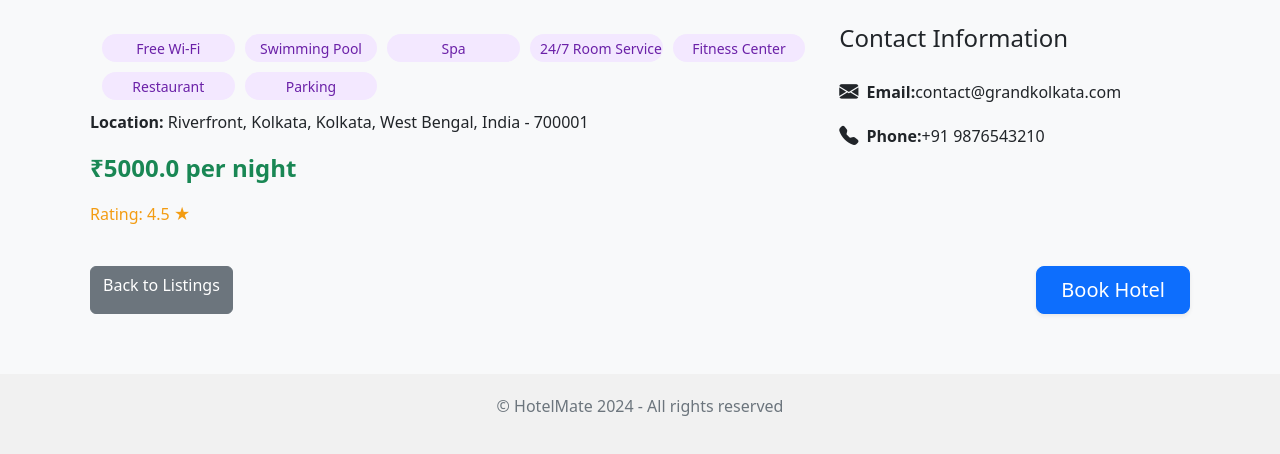
Repository: himanshu2k23/HoteMate
Page: http://localhost/HotelMate/details.jsp
An editor plug-in stored every save of this project. The page is shown before and after the next save, followed by the edit.
The browser window is 1280 px wide. The pictures show the part of the page from y = 706 to 1211 px (the page is 1160 px tall before and 1211 px after).
The page is served by Tomcat 10. Other server files are loaded and not shown.

Above is the page before, as saved 2025-01-13 19:31:02.

### HotelMate/src/main/webapp/details.jsp
<%@ page contentType="text/html;charset=UTF-8" language="java"%>
<!DOCTYPE html>
<html lang="en">
<head>
<meta charset="UTF-8">
<meta name="viewport" content="width=device-width, initial-scale=1.0">
<title>Hotel Details - HotelMate</title>
<!-- Bootstrap CSS -->
<link
	href="https://cdn.jsdelivr.net/npm/bootstrap@5.3.0/dist/css/bootstrap.min.css"
	rel="stylesheet">
<link
	href="https://cdn.jsdelivr.net/npm/bootstrap-icons/font/bootstrap-icons.css"
	rel="stylesheet">

<style>
body {
	background-color: #f8f9fa;
}

.hotel-details-container {
	margin-top: 100px;
	margin-bottom: 40px;
	padding: 20px;
}

.price {
	font-size: 1.5rem;
	font-weight: bold;
	color: #198754;
}

.rating {
	color: #f39c12;
}

.amenities-list {
	display: grid;
	grid-template-columns: repeat(auto-fill, minmax(120px, 1fr));
	gap: 10px;
	margin-left: 2px;
	padding: 10px;
}

.amenities-items {
	white-space: nowrap;
	border-radius: 9999px;
	background-color: #f3e8ff;
	padding: 0.22rem 0.625rem;
	font-size: 0.875rem;
	color: #6b21a8;
	text-align: center;
}

.amenities-list li {
	margin-bottom: 5px;
}

.carousel-item img {
	height: 500px;
	object-fit: cover;
	border-radius: 15px;
}
</style>
</head>
<body>

	<!-- Navbar -->
	<%@ include file="/Components/navbar.jsp"%>
	<%
	// Sample hotel data
	String name = "The Grand Kolkata";
	String description = "A luxurious five-star hotel offering breathtaking views of the river and world-class amenities.";
	String location = "Riverfront, Kolkata";
	String city = "Kolkata";
	String state = "West Bengal";
	String country = "India";
	String zipCode = "700001";
	double pricePerNight = 5000.0;
	float rating = 4.5f;
	String amenities = "Free Wi-Fi, Swimming Pool, Spa, 24/7 Room Service, Fitness Center, Restaurant, Parking";
	String contactEmail = "contact@grandkolkata.com";
	String contactPhone = "+91 9876543210";
	String images = "https://picsum.photos/400/300?random=1, https://picsum.photos/400/300?random=7, https://picsum.photos/400/300?random=8";

	// Split image URLs into an array
	String[] imageUrls = images.split(",");
	%>

	<div class="container hotel-details-container">
		<h2><%=name%></h2>
		<p><%=description%></p>


		<!-- Carousel for Images -->
		<div id="carousel49" class="carousel slide" data-bs-ride="carousel">
			<div class="carousel-inner">
				<%
				for (int i = 0; i < imageUrls.length; i++) {
					String image = imageUrls[i].trim();
				%>
				<div class="carousel-item <%=(i == 0) ? "active" : ""%>">
					<img src="<%=image%>" class="d-block w-100" alt="<%=name%>">
				</div>
				<%
				}
				%>
			</div>
			<%
			if (imageUrls.length > 1) {
			%>
			<button class="carousel-control-prev" type="button"
				data-bs-target="#carousel49" data-bs-slide="prev">
				<span class="carousel-control-prev-icon" aria-hidden="true"></span>
				<span class="visually-hidden">Previous</span>
			</button>
			<button class="carousel-control-next" type="button"
				data-bs-target="#carousel49" data-bs-slide="next">
				<span class="carousel-control-next-icon" aria-hidden="true"></span>
				<span class="visually-hidden">Next</span>
			</button>
			<%
			}
			%>
		</div>

		<!-- Hotel Information -->
		<div class="row mt-4">

			<div class="col-md-8">
				<div class="amenities-list">
					<%
					String[] amenitiesList = amenities.split(",");
					for (String amenity : amenitiesList) {
						amenity = amenity.trim();
					%>
					<span class="amenities-items"> <%=amenity%>
					</span>
					<%
					}
					%>
				</div>


				<p>
					<strong>Location:</strong>
					<%=location%>,
					<%=city%>,
					<%=state%>,
					<%=country%>
					-
					<%=zipCode%></p>
				<p class="price">
					₹<%=pricePerNight%>
					per night
				</p>
				<p class="rating">
					Rating:
					<%=rating%>
					★
				</p>
			</div>

			<div class="col-md-4">
				<h4 class="mb-4">
					<i class=""></i> Contact Information
				</h4>
				<ul class="list-unstyled">
					<li class="d-flex align-items-center mb-3"><i
						class="bi bi-envelope-fill me-2" style="font-size: 1.2rem;"></i> <strong>Email:
					</strong> <%=contactEmail%></li>
					<li class="d-flex align-items-center"><i
						class="bi bi-telephone-fill me-2" style="font-size: 1.2rem;"></i>
						<strong>Phone: </strong> <%=contactPhone%></li>
				</ul>
			</div>

		</div>

		<div class="d-flex justify-content-between mt-4">
			<a href="HotelDataServlet" class="btn btn-secondary">Back to
				Listings</a> <a href=""
				class="btn btn-primary btn-lg px-4 py-2 shadow-sm hover-shadow-lg transition-all">Book
				Hotel</a>

		</div>

	</div>

	<!-- Footer -->
	<%@ include file="/Components/footer.jsp"%>

	<!-- Bootstrap JS (Popper.js included) -->
	<script
		src="https://cdn.jsdelivr.net/npm/@popperjs/core@2.11.7/dist/umd/popper.min.js"></script>
	<script
		src="https://cdn.jsdelivr.net/npm/bootstrap@5.3.0/dist/js/bootstrap.min.js"></script>
</body>
</html>

### HotelMate/src/main/webapp/Components/navbar.jsp
<nav class="navbar navbar-expand-lg"
	style="background-color: #343a40; border-radius: 15px; padding: 10px 20px; box-shadow: 0px 4px 12px rgba(0, 0, 0, 0.2); margin: 10px; position: fixed; top: 0px; width: calc(100% - 20px); z-index: 1000;">
	<div class="container-fluid">
		<!-- Logo and Brand Name -->
		<a class="navbar-brand text-light d-flex align-items-center"
			href="index.jsp"> <img
			src="http://localhost:8080/HotelMate/Images/HotelmateLogo.png"
			alt="Logo" width="80" height="60"
			class="d-inline-block align-text-top"> <span
			class="nav-link text-light active">HotelMate</span>
		</a>

		<!-- Toggler button for smaller screens -->
		<button class="navbar-toggler" type="button" data-bs-toggle="collapse"
			data-bs-target="#navbarNav" aria-controls="navbarNav"
			aria-expanded="false" aria-label="Toggle navigation"
			style="border-color: #f8f9fa;">
			<span class="navbar-toggler-icon" style="color: #f8f9fa;"></span>
		</button>

		<!-- Navbar Links -->
		<div class="collapse navbar-collapse" id="navbarNav">

			<script>
				// Scroll functionality
				function scrollToFeatures(event) {
					event.preventDefault();
					localStorage.setItem('scrollToFeatures', 'true');
					window.location.href = "index.jsp";
				}

				function scrollToContact(event) {
					event.preventDefault();
					localStorage.setItem('scrollToContact', 'true');
					window.location.href = "index.jsp";
				}

				// Logic to dynamically toggle login/logout
				window.addEventListener('DOMContentLoaded', () => {
					const navRight = document.querySelector('.navbar-nav.ms-auto');
					navRight.innerHTML = ''; // Clear the default buttons

					if (localStorage.getItem('HasLoggedIn') === 'true') {
						// Show dropdown if logged in
						navRight.innerHTML = `
							<li class="nav-item dropdown">
							<a class="nav-link dropdown-toggle text-light" href="#" id="userDropdown" role="button"
							data-bs-toggle="dropdown" aria-expanded="false">
							<i class="bi bi-person-circle" style="font-size: 2rem;"></i>
						</a>

								<ul class="dropdown-menu dropdown-menu-end" aria-labelledby="userDropdown">
									<li><a class="dropdown-item" href="mybookings.jsp">My Bookings</a></li>
									<li><hr class="dropdown-divider"></li>
									<li><a class="dropdown-item" href="#" onclick="logout()">Logout</a></li>
								</ul>
							</li>
						`;
					} else {
						// Show login and signup if not logged in
						navRight.innerHTML = `
							<li class="nav-item"><a class="nav-link login-btn" href="login.jsp">Login</a></li>
							<li class="nav-item"><a class="nav-link signup-btn" href="signup.jsp">Sign Up</a></li>
						`;
					}
				});

				// Logout function
				function logout() {
					localStorage.removeItem('HasLoggedIn');
					window.location.href = 'index.jsp';
				}
			</script>

			<ul class="navbar-nav me-auto">
				<li class="nav-item"><a
					class="nav-link text-light active hover-effect" aria-current="page"
					href="index.jsp">Home</a></li>
				<li class="nav-item"><a
					class="nav-link text-light hover-effect" href="#"
					onclick="scrollToFeatures(event)">Features</a></li>
				<li class="nav-item"><a
					class="nav-link text-light hover-effect" href="HotelDataServlet">Hotels</a></li>
				<li class="nav-item"><a
					class="nav-link text-light hover-effect" href="#"
					onclick="scrollToContact(event)">Contact Us</a></li>
			</ul>

			<!-- Login/Sign Up or Account Dropdown -->
			<ul class="navbar-nav ms-auto gap-3"></ul>
		</div>
	</div>
</nav>

<style>
.hover-effect {
	transition: color 0.3s ease, background-color 0.3s ease;
}

.hover-effect:hover {
	color: #97CC04 !important;
}

.login-btn, .signup-btn {
	background-color: #97CC04;
	color: #fff;
	border-radius: 5px;
	padding: 8px 15px;
	transition: background-color 0.3s ease;
}

.login-btn:hover, .signup-btn:hover {
	background-color: #76b302;
	color: #fff;
}
</style>

### HotelMate/src/main/webapp/Components/footer.jsp
<style>
.footer {
	padding: 20px 0;
	background-color: #f1f1f1;
	text-align: center;
}
</style>

<div class='footer' id="footer">
	<p class="text-center text-secondary">© HotelMate 2024 - All
		rights reserved</p>
</div>

After the next save:
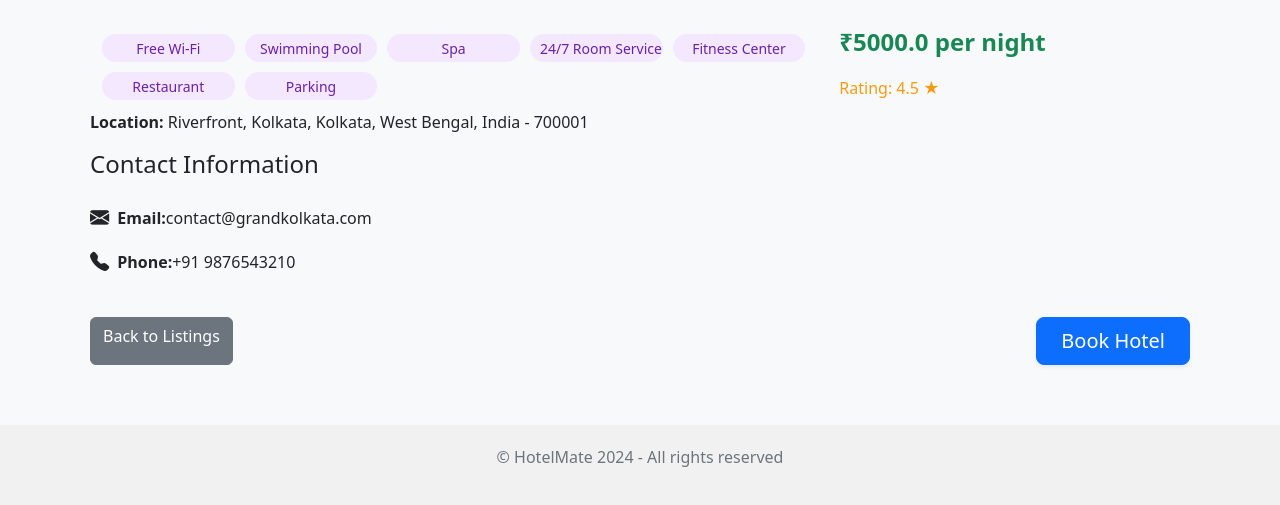
Saved 62 s later.
--- a/HotelMate/src/main/webapp/details.jsp
+++ b/HotelMate/src/main/webapp/details.jsp
@@ -150,18 +150,7 @@ body {
 					<%=country%>
 					-
 					<%=zipCode%></p>
-				<p class="price">
-					₹<%=pricePerNight%>
-					per night
-				</p>
-				<p class="rating">
-					Rating:
-					<%=rating%>
-					★
-				</p>
-			</div>
-
-			<div class="col-md-4">
+
 				<h4 class="mb-4">
 					<i class=""></i> Contact Information
 				</h4>
@@ -175,6 +164,18 @@ body {
 				</ul>
 			</div>
 
+			<div class="col-md-4">
+				<p class="price">
+					₹<%=pricePerNight%>
+					per night
+				</p>
+				<p class="rating">
+					Rating:
+					<%=rating%>
+					★
+				</p>
+			</div>
+
 		</div>
 
 		<div class="d-flex justify-content-between mt-4">
